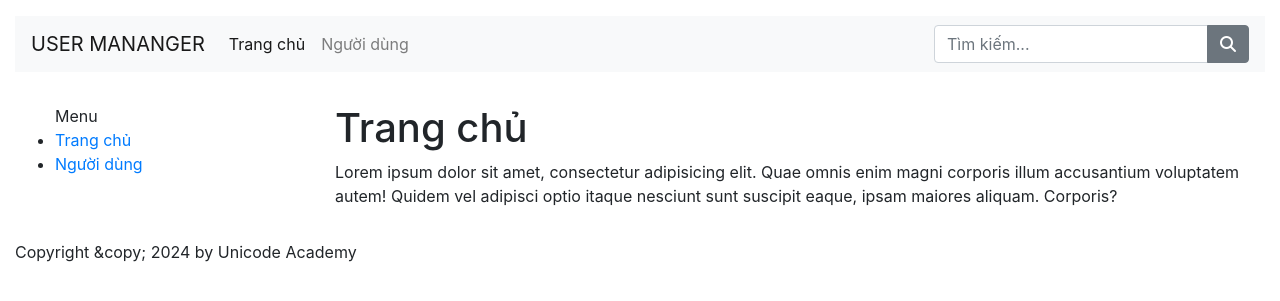
Repository: tam1512/USER_MANAGERMENT_MVC
Page: http://localhost/nguoi-dung
These files come from the project's save history. The page is drawn as it stood at one moment and after the next save; the edit follows.
The browser window is 1280 px wide. The pictures show the whole page.
The page is run by PHP 8.4 with error messages shown; the project is at /var/www/html/. Other server files are loaded and not shown.

Above is the page before, as saved 2024-04-04 10:41:10.

### index.php
<?php
use App\App;
session_start();
require_once 'bootstrap.php';

$app = new App();

### bootstrap.php
<?php
define("_WEB_PATH_ROOT", __DIR__);

//xử lý lấy ra web root
if(!empty($_SERVER['HTTPS']) && $_SERVER['HTTPS']=='on') {
   $protocol = 'https://';
} else {
   $protocol = 'http://';
}

$docRoot =  str_replace('\\','/',$_SERVER['DOCUMENT_ROOT']);
$pathRoot = str_replace('\\','/',_WEB_PATH_ROOT);
$path = preg_replace('~^'.$docRoot.'~', '', $pathRoot);
define("_WEB_HOST_ROOT", $protocol.$_SERVER['HTTP_HOST'].$path);

//load all config
$dataConfig = scandir('configs');
if(!empty($dataConfig)) {
   unset($dataConfig[0]);
   unset($dataConfig[1]);

   foreach($dataConfig as $item) {
      $path = "configs/$item";
      if(file_exists($path)) {
         require_once $path;
      }
   }
}

//load config Database and core database
if(!empty($config['database'])) {
   $config_data = $config['database'];

   if(!empty($config_data)) {
      require_once('core/Connection.php');
      require_once('core/QueryBuilder.php');
      require_once('core/Database.php');
      require_once('core/DB.php');
   }
}

//load all helpers
$dataHelper = scandir('app/helpers');
if(!empty($dataHelper)) {
   unset($dataHelper[0]);
   unset($dataHelper[1]);

   foreach($dataHelper as $item) {
      $path = "app/helpers/$item";
      if(file_exists($path)) {
         require_once $path;
      }
   }
}

//load all services
if(!empty($config['app']['services'])) {
   $allServices = $config['app']['services'];
   if(!empty($allServices)) {
      foreach($allServices as $service) {
         $className = getNameClass($service);
         $path = 'app/core/'.$className.'.php';
         if(file_exists($path)) {
            require_once($path);
      }
   }
}
}


// load core routes
require_once('core/Routes.php');

//load core session
require_once('core/Session.php');

//load core helper
require_once('core/Helper.php');

//load core request
require_once('core/Request.php');

//load core response
require_once('core/Response.php');

//load core model
require_once('core/Model.php');

//load core template
require_once('core/Template.php');

//load core controller
require_once('core/Controller.php');

//load core load
require_once('core/Load.php');

//load core load
require_once('core/View.php');

//load core load
require_once('core/ServiceProvider.php');

//load core load
require_once('app/core/AppServiceProvider.php');

//load core middlewares
require_once('core/Middlewares.php');

//load all middlewares
$dataMiddlewares = scandir('app/middlewares');
if(!empty($dataMiddlewares)) {
   unset($dataMiddlewares[0]);
   unset($dataMiddlewares[1]);

   foreach($dataMiddlewares as $item) {
      $path = "app/middlewares/$item";
      if(file_exists($path)) {
         require_once $path;
      }
   }
}

//load app
require_once('app/App.php');

### configs/app.php
<?php
use App\Core\AppServiceProvider;
use App\Core\htmlHelper;
use App\Middlewares\AuthMiddleware;
use App\Middlewares\ParamsMiddleware;
$config['app'] = [
   'services' => [
      htmlHelper::class
   ],
   'routeMiddleware' => [
      // 'san-pham' => AuthMiddleware::class
   ],
   'globalMiddleware' => [
      // ParamsMiddleware::class
   ],
   'boot' => [
      AppServiceProvider::class
   ]
   ];

### configs/database.php
<?php
$config['database'] = [
   'host' => 'localhost',
   'user' => 'root',
   'pass' => '',
   'db' => 'mvc_base',
   'dbdriver' => 'mysql'
];

### configs/routes.php
<?php
$routes['default_controller'] = 'home';

$routes['trang-chu'] = 'home';
$routes['nguoi-dung'] = 'user';
// $routes['san-pham/(.+)'] = 'product/detail/$1';

### configs/session.php
<?php
$config['session'] = [
   'session_key' => 'unicode_session'
];

### core/Connection.php
<?php
namespace App\Core;
use \PDO;
use \Exception;
use App\App;
class Connection {
   private static $conn;


   private function __construct($config_data) {
      try {
         if (class_exists('PDO')) {
            $dsn = $config_data['dbdriver'] . ':dbname=' . $config_data['db'] . ';host=' . $config_data['host'];

            $options = [
               PDO::MYSQL_ATTR_INIT_COMMAND => 'SET NAMES utf8',
               PDO::ATTR_ERRMODE => PDO::ERRMODE_EXCEPTION //Đẩy lỗi vào ngoại lệ truy vấn
            ];

               self::$conn = new PDO($dsn, $config_data['user'], $config_data['pass'], $options);
         }
      } catch (Exception $e) {
         App::$app->loadError('database', ['message' => $e->getMessage()]);
         exit();
      }
   }


   public static function getInstance($config_data) {
      if(self::$conn == null) {
         new Connection($config_data);
      }
      return self::$conn;
   }
}

### core/QueryBuilder.php
<?php
namespace App\Core;
trait QueryBuilder {
   private $tableName = '';
   private $where = '';
   private $field = '*';
   private $join = '';
   private $limit = '';
   private $orderBy = '';

   public function table($tableName) {
      $this->tableName = $tableName;
      return $this;
   }

   public function select($field) {
      $this->field = $field;
      return $this;
   }

   public function where($field, $compare, $value) {
      if(empty($this->where)) {
         $this->where = " WHERE $field $compare '$value'";
      } else {
         $this->where .= " AND $field $compare '$value'";
      }

      return $this;
   }

   public function orWhere($field, $compare, $value) {
      if(empty($this->where)) {
         $this->where = " WHERE $field $compare '$value'";
      } else {
         $this->where .= " OR $field $compare '$value'";
      }

      return $this;
   }

   public function whereLike($field, $value) {
      if(empty($this->where)) {
         $this->where = " WHERE $field LIKE '$value'";
      } else {
         $this->where .= " AND $field LIKE '$value'";
      }

      return $this;
   }

   public function limit($number, $offset = 0) {
      $this->limit = " LIMIT $offset, $number";
      return $this;
   }

   public function orderBy($field, $type='ASC') {
      $fieldArr = array_filter(explode(',', $field));
      if(!empty($fieldArr) && count($fieldArr) >= 2) {
         //ORDER BY id ASC, fullname DESC (multi order by)
         $this->orderBy = " ORDER BY ".implode(', ', $fieldArr);
      } else {
         //ORDER BY id ASC
         $this->orderBy = " ORDER BY $field $type";
      }
      return $this;
   }
   public function join($name, $condition) {
         $this->join .= " INNER JOIN $name ON $condition";
         return $this;
   }

   public function leftJoin($name, $condition) {
         $this->join .= " LEFT JOIN $name ON $condition";
         return $this;
   }

   public function rightJoin($name, $condition) {
         $this->join .= " RIGHT JOIN $name ON $condition";
         return $this;
   }

   public function fullJoin($name, $condition) {
         $this->join .= " FULL OUTER JOIN $name ON $condition";
         return $this;
   }

   public function get() {
      $sql = "SELECT $this->field FROM $this->tableName $this->join $this->where $this->orderBy $this->limit";
      echo $sql;
      $this->resetQueryBuilder();
      return $this->getRaw($sql);
   }

   public function first() {
      $sql = "SELECT $this->field FROM $this->tableName $this->join $this->where $this->orderBy $this->limit";
      $this->resetQueryBuilder();
      return $this->firstRaw($sql);
   }

   public function insert($data) {
      return $this->insertData($this->tableName, $data);
   }

   public function lastId() {
      return $this->lastInsertId();
   }

   public function update($data) {
      $condition = trim(trim($this->where), 'WHERE');
      return $this->updateData($this->tableName, $data, $condition);
   }

   public function delete() {
      $condition = trim(trim($this->where), 'WHERE');
      return $this->deleteData($this->tableName, $condition);
   }

   public function count() {
      $sql = "SELECT $this->field FROM $this->tableName $this->join $this->where $this->orderBy $this->limit";
      $this->resetQueryBuilder();
      return $this->getRows($sql);
   }
   private function resetQueryBuilder() {
      $this->tableName = '';
      $this->where = '';
      $this->field = '*';
      $this->join = '';
      $this->limit = '';
      $this->orderBy = '';
   }
}

### core/Database.php
<?php
namespace App\Core;
use \Exception;
use \PDO;
class Database {
   use QueryBuilder;
   private $__conn = null;
   private $sql = null;
   public function __construct() {
      global $config_data;
      $this->__conn = Connection::getInstance($config_data);
   }

   public function query($sql, $data=[], $statementStatus = false) {
      $this->sql = $sql;
      $query = false;
      // echo $sql;
      try{
         $statement = $this->__conn->prepare($this->sql);
         if(empty($data)) {
            $query = $statement->execute();
         } else {
            $query = $statement->execute($data);
         }
      }catch(Exception $e){
         echo $e->getMessage();
         echo '<br/>';
         echo '<p><b>SQL Query :</b> <i>'.$this->sql.'</i></p>';
         exit();
      }

      if($statementStatus && $query) {
         return $statement;
      }

      return $query;
   }

   private function fetch($sql) {
      $statement = $this->query($sql, [], true);

      if(is_object($statement)) {
         return $statement;
      }
      return false;
   }

   function getRaw($sql) {
      $statement = $this->fetch($sql);

      if(!empty($statement)) {
         return $statement->fetchAll(PDO::FETCH_ASSOC);
      }
      return false;
   }

   function firstRaw($sql) {
      $statement = $this->fetch($sql);

      if(!empty($statement)) {
         return $statement->fetch(PDO::FETCH_ASSOC);
      }
      return false;
   }

   function insertData($table, $dataInsert) {
      $arrKeys = array_keys($dataInsert);
      $fieldStr = implode(', ', $arrKeys);

      $valueStr = ':'.implode(', :', $arrKeys);

      $sql = "INSERT INTO $table($fieldStr) VALUES ($valueStr);";

      return $this->query($sql, $dataInsert);
   }

   function updateData($table, $dataUpdate, $condition) {
      $updateStr = '';
      foreach($dataUpdate as $key => $value) {
         $updateStr .= $key.' = :'.$key . ', ';
      }
      $updateStr = rtrim($updateStr, ', ');

      if(empty($condition)) {
         $sql = "UPDATE $table SET $updateStr";
      } else {
         $sql = "UPDATE $table SET $updateStr WHERE $condition";
      }
      return $this->query($sql, $dataUpdate);
   }
   function deleteData($table, $condition = '') {
      $sql = '';
      if(empty($condition)) {
         $sql = "DELETE FROM $table";
      } else {
         $sql = "DELETE FROM $table WHERE $condition";
      }

      return $this->query($sql);
   }

   // Lấy ra số dòng truy vấn
   function getRows($sql) {
      $statement = $this->fetch($sql);
      if(!empty($statement)) {
         return $statement->rowCount();
      }
      return false;
   }

   // Lấy ra id vừa insert
   function lastInsertId() {
      return $this->__conn->lastInsertId();
   }

   function getPdo() {
      return $this->__conn;
   }
}

### core/DB.php
<?php
namespace App\Core;
class DB {
   public $db = null;

   public function __construct() {
      $this->db = new Database();
   }
}

### app/helpers/functions.php
<?php
   function getNameClass($namespace) {
      if(preg_match('~\\\~', $namespace)) {
         $namespaceArr = explode('\\', $namespace);
         $className = end($namespaceArr);
      } else {
         $className = $namespace;
      }
      return $className;
   }

### app/core/htmlHelper.php
<?php
namespace App\Core;
class htmlHelper {
   static function openForm($method='get', $action ='') {
      echo '<form method="'.$method.'" action="'.$action.'">';
   }
   static function closeForm() {
      echo '</form>';
   }

   static function input($before='', $after='', $type='text', $name, $value='', $class='', $id='', $placeholder='') {
      echo $before.'<input type="'.$type.'" class="'.$class.'" id="'.$id.'" name="'.$name.'" value ="'.$value.'" placeholder="'.$placeholder.'">'.$after;
   }

   static function button($before="", $after='', $type='button', $class='', $id='', $content, $name='') {
      echo $before.'<button type="'.$type.'" class="'.$class.'" id="'.$id.'" name="'.$name.'">'.$content.'</button>'.$after;
   }
}

### core/Routes.php
<?php
namespace App\Core;
class Routes {
   private $__routeKey;
   public function handleRoutes($url) {
      global $routes;
      unset($routes['default_controller']);
      $urlHandle = trim($url, '/');
      if(!empty($routes)) {
         foreach($routes as $key=>$value) {
            if(preg_match('~^'.$key.'$~is', $urlHandle)) {
               $urlHandle = preg_replace('~^'.$key.'$~is', $value, $urlHandle);
               $this->__routeKey = $key;
            }
         }
      }
      return $urlHandle;
   }

   public function getRouteKey() {
      return $this->__routeKey;
   }
}

### core/Session.php
<?php
namespace App\Core;
use App\App;
class Session {
   public static function data($key='', $value='') {
      $sessionKey = self::isInvalid();

      if(!empty($sessionKey)) {
         if(!empty($key)) {
            if(!empty($value)) {
               $_SESSION[$sessionKey][$key] = $value;
               return true;
            } else {
               if(isset($_SESSION[$sessionKey][$key]))
               return $_SESSION[$sessionKey][$key];
            }
         } else {
            if(isset($_SESSION[$sessionKey]))
            return $_SESSION[$sessionKey];
         }
      }
      return false;
   }

   public static function delete($key='') {
      $sessionKey = self::isInvalid();
      if(!empty($sessionKey)) {
         if(!empty($key)) {
            unset($_SESSION[$sessionKey][$key]);
            return true;
         } else {
            unset($_SESSION[$sessionKey]);
            return true;
         }
      }
      return false;
   }

//tạo => tương tự data, gọi => tự động xóa
   public static function flash($key='', $value='') {
      $flashData = self::data($key, $value);
      if(empty($value)) {
         self::delete($key);
         return $flashData;
      }
   }

   static public function showErrors($message) {
      $data = ['message' => $message];
      App::$app->loadError('exception', $data);
      die();
   }

   static public function isInvalid() {
      global $config;
      if(!empty($config['session'])) {
         $sessionConfig = $config['session'];
         if(!empty($sessionConfig['session_key'])) {
            $sessionKey = $sessionConfig['session_key'];
            return $sessionKey;
         } else {
            self::showErrors('Thiếu cấu hình session_key. Vui lòng kiểm tra file configs/session.php');
         }
      } else {
         self::showErrors('Thiếu cấu hình session_key. Vui lòng kiểm tra file configs/session.php');
      }
      return false;
   }
}

### core/Helper.php
<?php
use App\core\Session;
$errors = Session::flash('errors');
$old = Session::flash('old');

if(!function_exists('form_error')) {
   function form_error($fieldName, $before='', $after='') {
      global $errors;
      if(!empty($errors[$fieldName])) {
         return $before.'<i>'.$errors[$fieldName].'</i>'.$after;
      }
      return false;
   }
}

if(!function_exists('old')) {
   function old($fieldName, $default = '') {
      global $old;
      if(!empty($old[$fieldName])) {
         return $old[$fieldName];
      }
      return $default;
   }
}

### core/Response.php
<?php
namespace App\Core;
class Response {
   public function redirect($uri = '') {
      if(preg_match('~~^http|https~', $uri)) {
         $url = $uri;
      } else {
         $url = _WEB_HOST_ROOT.'/'.$uri;
      }
      header('Location: '.$url);
      exit();
   }
}

### core/Model.php
<?php
namespace App\Core;
abstract class Model extends Database{
   protected $db;
   public function __construct() {
      $this->db = new Database();
   }

   abstract function tableFill();
   abstract function fieldFill();
   abstract function primaryKey();

   function all($condition = '') {
      $table = $this->tableFill();
      $field = $this->fieldFill();
      if(empty($field)) {
         $field = '*';
      }
      if(empty($condition)) {
         $query = "SELECT $field FROM $table";
      } else {
         $query = "SELECT $field FROM $table WHERE $condition";
      }

      $data = $this->db->getRaw($query);

      return $data;
   }

   function find($id) {
      $table = $this->tableFill();
      $field = $this->fieldFill();
      $primaryKey = $this->primaryKey();
      if(empty($field)) {
         $field = '*';
      }
      $query = "SELECT $field FROM $table WHERE $primaryKey = $id";

      $data = $this->db->firstRaw($query);

      return $data;
   }
}

### core/Controller.php
<?php
namespace App\Core;
class Controller {
   public $db = null;
   public function model($model) {
      $path = _WEB_PATH_ROOT.'\app\models\\'.$model.'.php';
      if(file_exists($path)) {
         require_once $path;

         $nameClass = 'App\Models\\'.$model;
         if(class_exists($nameClass)) {
            $model = new $nameClass();
            return $model;
         }

      }
      return false;
   }

   public function render($view, $data = []) {
      if(!empty(View::$dataShare)) {
         $data = array_merge($data, View::$dataShare);
      }
      $path = _WEB_PATH_ROOT."\app\\views\\".$view.".php";
      if(preg_match('~^layout~', $view)) {
         if(file_exists($path)) {
            extract($data);
            require_once($path);
         }
      } else {
         if(file_exists($path)) {
            $contentView = file_get_contents($path);
            $template = new Template();
            $template->run($contentView, $data);
         }
      }
   }
}

?>

### core/Load.php
<?php
namespace App\Core;
class Load {
   public static function model($model) {
      $path = _WEB_PATH_ROOT.'\app\models\\'.$model.'.php';
      if(file_exists($path)) {
         require_once $path;

         $nameClass = 'App\Models\\'.$model;
         if(class_exists($nameClass)) {
            $model = new $nameClass();
            return $model;
         }

      }
      return false;
   }

   public static function render($view, $data = []) {
      extract($data);
      $path = _WEB_PATH_ROOT."\app\\views\\".$view.".php";
      if(file_exists($path)) {
         require_once($path);
      }
   }
}

?>

### core/View.php
<?php
namespace App\Core;
abstract class View {
   static $dataShare = [];
   static function share($data) {
      self::$dataShare = $data;
   }
}

### core/ServiceProvider.php
<?php
namespace App\Core;
abstract class ServiceProvider {
   public $db;
   abstract function boot();
}

### app/core/AppServiceProvider.php
<?php
namespace App\Core;
class AppServiceProvider extends ServiceProvider {
   public function boot() {
      // $data['userInfo'] = $this->db->table('users')->where('id', '=', 1)->first();
      // $data['copyright'] = 'Copyright (c) 2024';
      // View::share($data);
   }
}

### core/Middlewares.php
<?php
namespace App\Core;
abstract class Middlewares {
   public $db;
   abstract function handle();
}

### app/middlewares/AuthMiddleware.php
<?php
namespace App\Middlewares;
use App\Core\{Middlewares, Session, Response};

class AuthMiddleware extends Middlewares {

   public function handle() {
      // if(empty(Session::data('login_admin'))) {
      //    $response = new Response();
      //    $response->redirect('trang-chu');
      // }
   }
}

### app/middlewares/GuestMiddleware.php
<?php
namespace App\Middlewares;
use App\Core\{Middlewares, Session, Response};
use App\App;

class GuestMiddleware extends Middlewares {

   public function handle() {
      $path = trim(App::$app->getUrl(), '/');
      $include = [
         'dang-nhap',
         'dang-ky'
      ];
      if(in_array($path, $include) && Session::data('user_login')) {
         $response = new Response();
         $response->redirect('');
      }
   }
}

### app/middlewares/LoginMiddleware.php
<?php
namespace App\Middlewares;
use App\Core\{Middlewares, Session, Response};

class LoginMiddleware extends Middlewares {

   public function handle() {
   //todo
   }
}

### app/middlewares/ParamsMiddleware.php
<?php
namespace App\Middlewares;
use App\Core\{Middlewares, Response};
use App\App;
class ParamsMiddleware extends Middlewares {
   public function handle() {
      // if(!empty($_SERVER['QUERY_STRING'])) {
      //    $response = new Response();
      //    $response->redirect(trim(App::$app->getUrl(), '/'));
      // }
   }
}

### app/controllers/Home.php
<?php
namespace App\Controllers;
use App\Core\{Controller, Request, Response, Session, View};
class Home extends Controller {
   private $model, $data = [];
   public function __construct() {
      $this->model = $this->model("Home");
   }
   public function index() {
      $this->data = [
         'header_content' => [
            'title' => 'Trang chủ'
         ],
         'footer_content' => [
            'copyright' => 'Copyright &copy; 2024 by Unicode Academy'
         ],
         'content' => 'user/index',
         'sub_content' => [
            'title' => 'Trang chủ'
         ]
      ];
      $this->render('layouts/layout', $this->data);
   }
}

### app/models/Home.php
<?php
namespace App\Models;
use App\Core\Model;
class Home extends Model{
   private $table = 'products';

   function tableFill() {
      return 'users';
   }

   function fieldFill() {
      return 'id, fullname';
   }

   function primaryKey() {
      return 'id';
   }
   public function index() {
      $data = [
         'fullname' => 'Thanh Tam',
         'email' => 'thanh.tam@gmail.com',
         'password' => '123456789'
      ];
      return $this->db->table('users')->count();
   }
   public function getList() {
      $data = [
         'sp1',
         'sp2',
         'sp3',
         'sp4',
      ];
      return $data;
   }
}

### app/views/layouts/layout.php
<?php
   $this->render('blocks\clients\header', $header_content);
   $this->render('blocks\clients\sidebar');
   $this->render($content, $sub_content);
   $this->render('blocks\clients\footer', $footer_content);
?>

### app/views/blocks/clients/header.php
<!DOCTYPE html>
<html lang="en">
<head>
   <meta charset="UTF-8">
   <meta name="viewport" content="width=device-width, initial-scale=1.0">
   <title>{{$title}}</title>
   <link rel="stylesheet" href="https://cdnjs.cloudflare.com/ajax/libs/font-awesome/6.5.1/css/all.min.css"/>
   <link rel="stylesheet" href="https://cdn.jsdelivr.net/npm/bootstrap@4.6.2/dist/css/bootstrap.min.css">
   <link rel="stylesheet" href="{{_WEB_HOST_ROOT}}/public/assets/clients/css/style.css">
</head>
<body>
   <div class="container-fluid">
      <header class="py-3">
         <nav class="navbar navbar-expand-lg navbar-light bg-light">
            <a href="{{_WEB_HOST_ROOT}}" class="navbar-brand">USER MANANGER</a>
            <button class="navbar-toggler" type="button" data-toggle="collapse" data-target="#navbar">
               <span class="navbar-toggle-icon"></span>
            </button>
            <div class="collapse navbar-collapse" id="navbar">
               <ul class="navbar-nav mr-auto">
                  <li class="nav-item active">
                     <a href="{{_WEB_HOST_ROOT}}" class="nav-link">Trang chủ</a>
                  </li>
                  <li class="nav-item">
                     <a href="{{_WEB_HOST_ROOT}}/nguoi-dung" class="nav-link">Người dùng</a>
                  </li>
               </ul>
               <div class="form-inline my-2 my-lg-0">
                  <div class="input-group">
                     <input type="text" class="form-control" placeholder="Tìm kiếm...">
                     <div class="input-group-append">
                        <button class="btn btn-secondary" type="button">
                        <i class="fa fa-search"></i>
                        </button>
                     </div>
                  </div>
               </div>
            </div>
         </nav>
      </header>
      <main class="py-3">

### app/views/blocks/clients/sidebar.php
<div class="row">
   <div class="col-3">
      <ul class="d-flex flex-column"> Menu
         <li><a href="{{_WEB_HOST_ROOT}}">Trang chủ</a></li>
         <li><a href="{{_WEB_HOST_ROOT}}/nguoi-dung">Người dùng</a></li>
      </ul>
   </div>

### app/views/user/index.php
<div class="col-9">
   <h1>{{$title}}</h1>
   <p>Lorem ipsum dolor sit amet, consectetur adipisicing elit. Quae omnis enim magni corporis illum accusantium voluptatem autem! Quidem vel adipisci optio itaque nesciunt sunt suscipit eaque, ipsam maiores aliquam. Corporis?</p>
</div>

### app/views/blocks/clients/footer.php

      </main>
      <footer>
         <p class="tex-center">{{$copyright}}</p>
      </footer>
   </div>
   <script src="https://cdn.jsdelivr.net/npm/jquery@3.5.1/dist/jquery.slim.min.js"></script>
   <script src="https://cdn.jsdelivr.net/npm/bootstrap@4.6.2/dist/js/bootstrap.bundle.min.js"></script>
   <script src="{{_WEB_HOST_ROOT}}/public/assets/clients/js/app.js"></script>
</body>
</html>

### public/assets/clients/css/style.css
* {
   box-sizing: border-box;
}

Loaded but not shown: public/assets/clients/js/app.js (1 lines, source omitted); core/Request.php (176 lines, source omitted); app/App.php (184 lines, source omitted); core/Template.php (140 lines, source omitted)

After the next save:
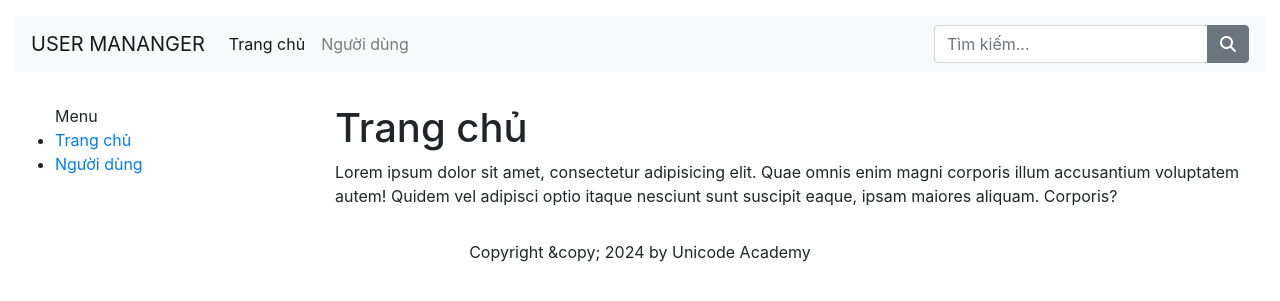
Saved 22 s later.
--- a/app/views/blocks/clients/footer.php
+++ b/app/views/blocks/clients/footer.php
@@ -1,7 +1,7 @@
 
       </main>
       <footer>
-         <p class="tex-center">{{$copyright}}</p>
+         <p class="text-center">{{$copyright}}</p>
       </footer>
    </div>
    <script src="https://cdn.jsdelivr.net/npm/jquery@3.5.1/dist/jquery.slim.min.js"></script>
